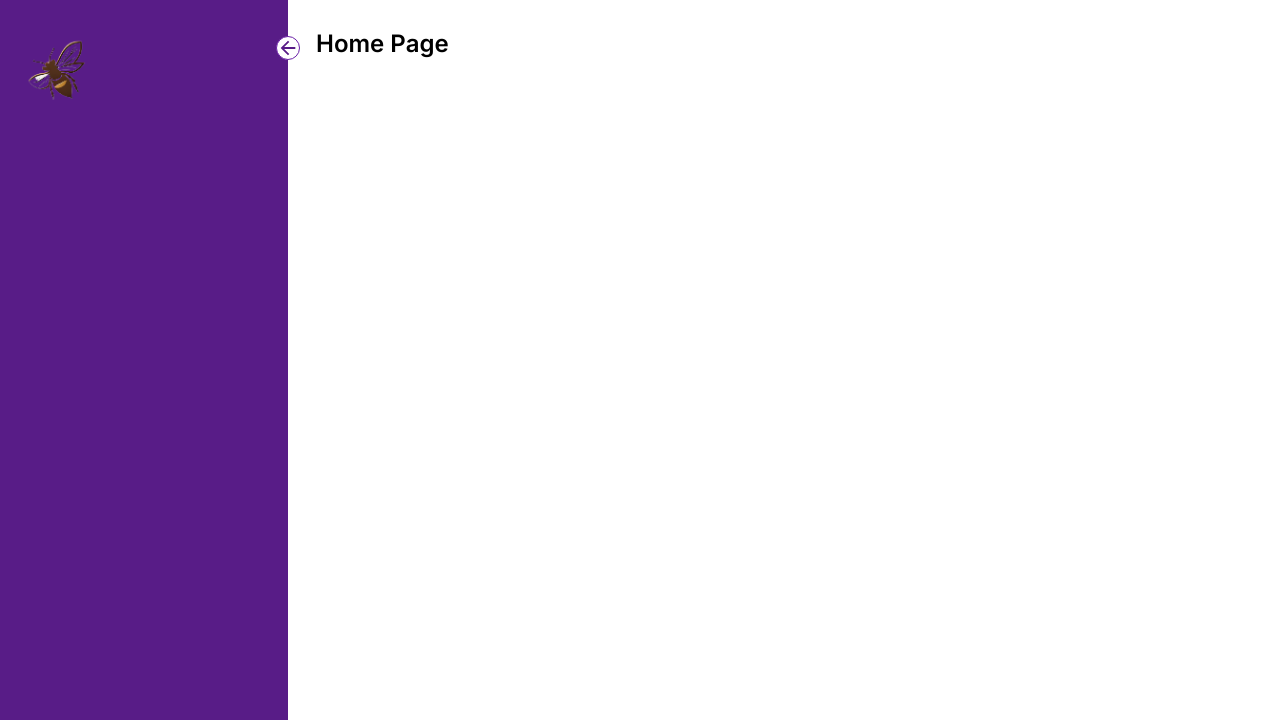
Repository: marcusdashe/anthophila
Page: /dashboard
The author's editor kept a copy of each file at every save. The page is drawn from the files as they stood at one save, then again after the next save.
The browser window is 1280 px wide. The pictures show the whole page.
The project was rebuilt for these pictures with package versions that can differ from the ones it lists, and the page was loaded fresh each time. The framework's server and built-in components were replaced by stand-ins that run in the browser. Also part of the build but not shown: next.config.js.

Above is the page before, as saved 2023-04-05 14:46:38.

After the next save:
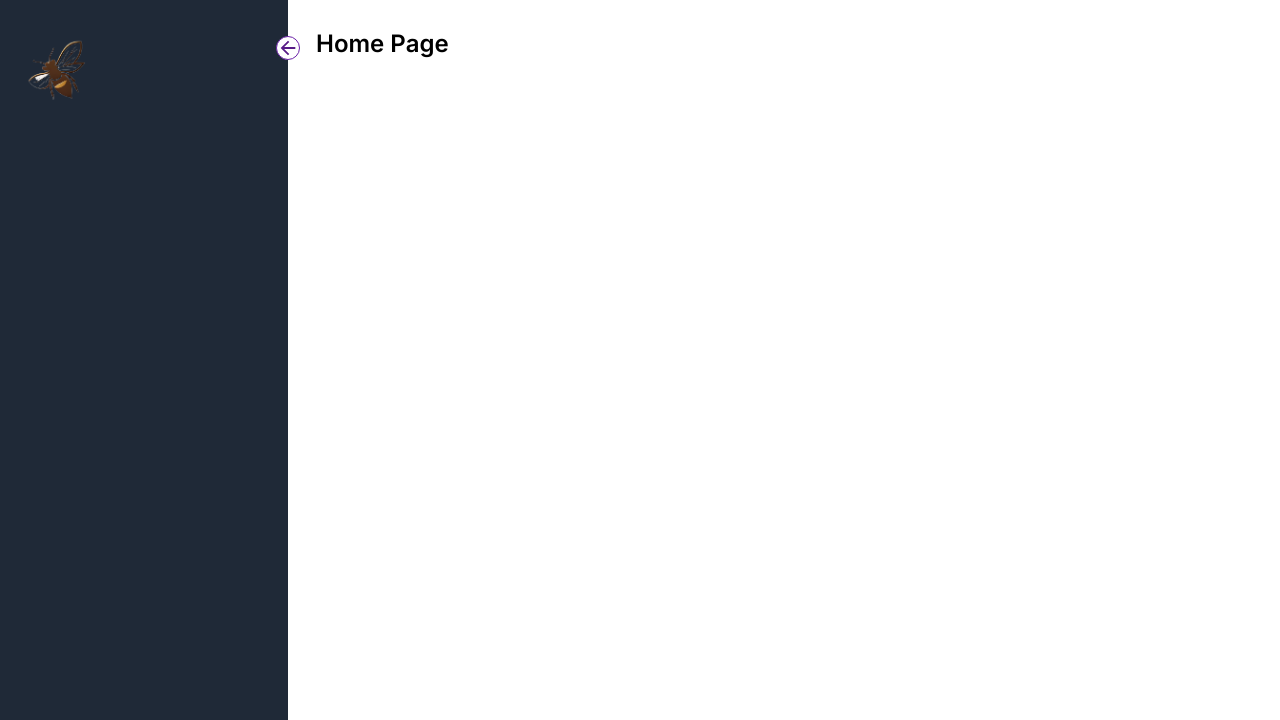
Saved 45 s later.
--- a/pages/dashboard.js
+++ b/pages/dashboard.js
@@ -6,7 +6,7 @@ const Dashboard = () => {
   return (
     <div className="flex">
       <div
-        className={`bg-purple-900 h-screen p-5 pt-8 ${
+        className={`bg-gray-800 h-screen p-5 pt-8 ${
           open ? "w-72" : "w-20"
         } relative duration-300`}
       >
